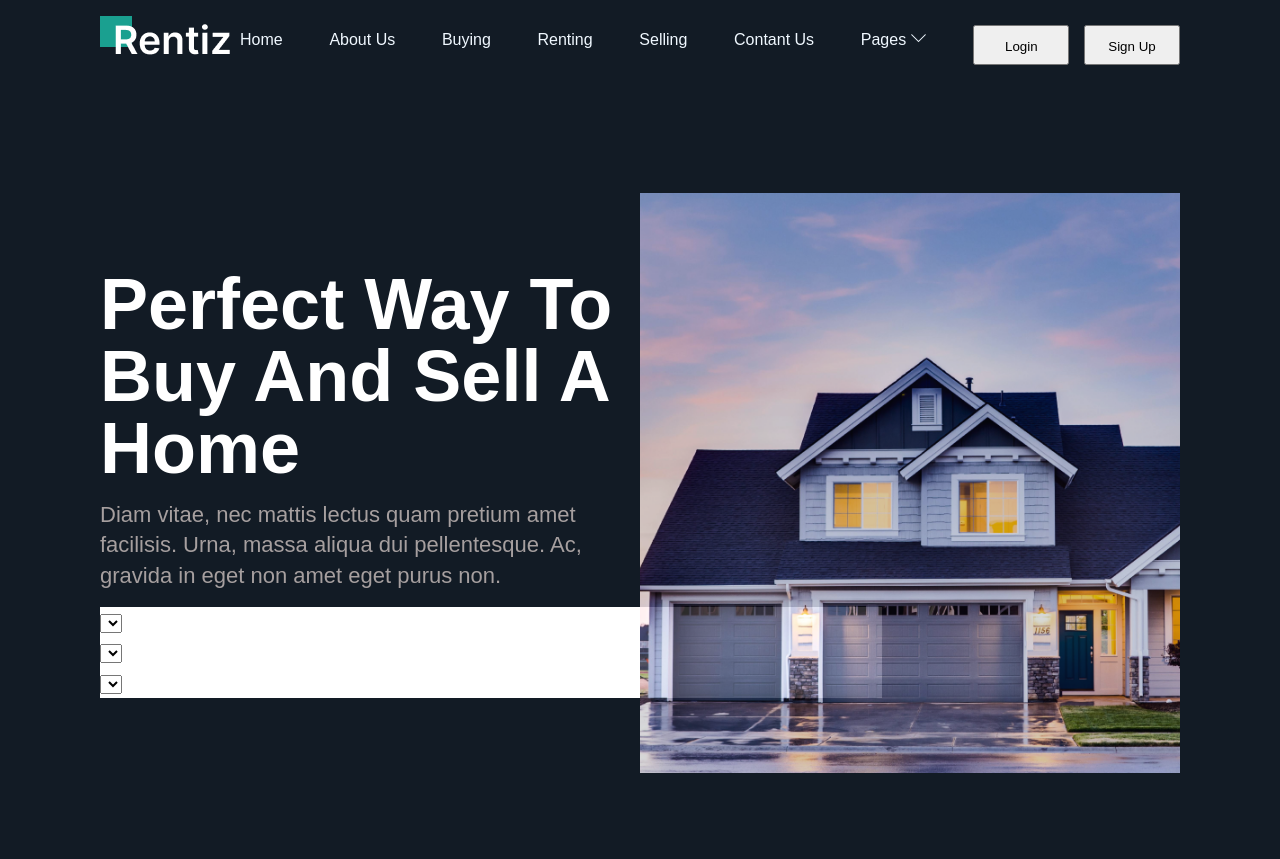
Repository: tung1233hhhhhhhhhhhhh/WebClone-Home
Page: index.html
These files come from the project's save history. The page is drawn as it stood at one moment and after the next save; the edit follows.
The browser window is 1280 px wide. The pictures show the whole page.

Above is the page before, as saved 2023-05-23 15:16:36.

After the next save:
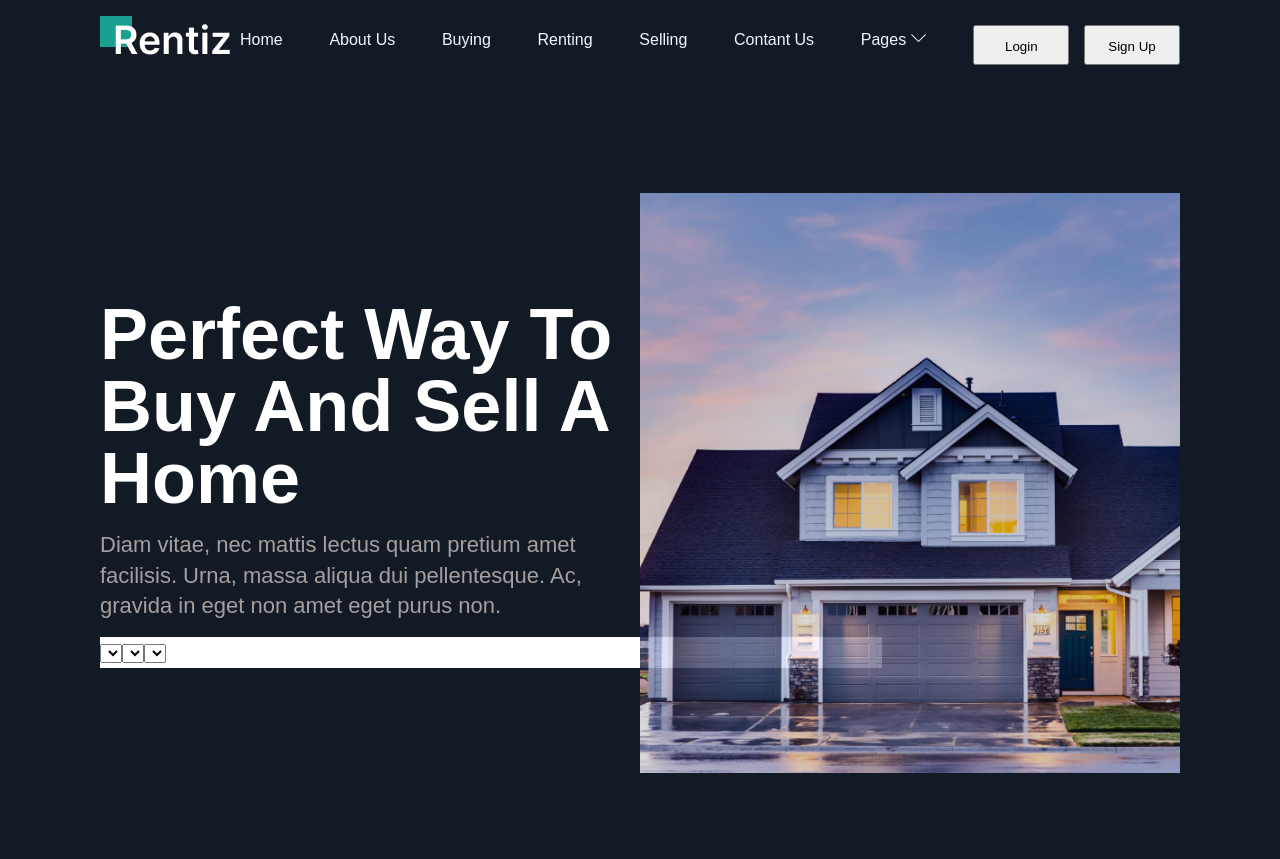
Saved 48 s later.
--- a/assets/css/main.css
+++ b/assets/css/main.css
@@ -110,6 +110,13 @@ body {
     background: #fff;
 }
 
+#billboard .navbar-billboard .container-billboard {
+    display: flex;
+    flex-wrap: inherit;
+    align-items: center;
+    justify-content: space-between;
+}
+
 #billboard .main .billboard-img {
     background: url("/assets/img/pexels-binyamin-mellish-106399\ 2.png") center / cover no-repeat;
 
